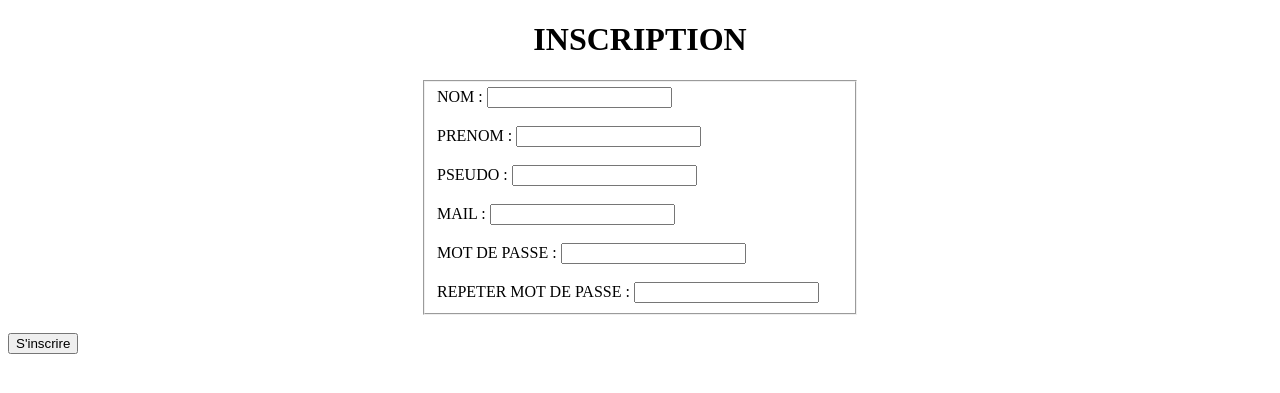
Repository: Aoua1414/JavaDeAoua
Page: http://localhost/MonServletJsp/Inscrire.jsp
These files come from the project's save history. The page is drawn as it stood at one moment and after the next save; the edit follows.
The browser window is 1280 px wide. The pictures show the whole page.
The page is served by Tomcat 9. Nobody is signed in. The application's start-up code is not run. Other server files are loaded and not shown.

Above is the page before, as saved 2022-07-25 14:59:39.

### ODC/MonServletJsp/src/main/webapp/Inscrire.jsp
<%@ page language="java" contentType="text/html; charset=UTF-8"
    pageEncoding="UTF-8"%>
<!DOCTYPE html>
<html>
<head>
<link rel="stylesheet" href="aoua.css" type="text/css">
<meta charset="UTF-8">
<title>Inscription</title>
</head>
<body>
<h1>INSCRIPTION</h1>

    <form method="post"  action = "Accueil">
    <fieldset>
     <div>
    <label for= "nom" > NOM :</label>
    <input type="text" id= "nom" name="nom"/>
    </div>
    <div>
    <br>
     <label for= "prenom" > PRENOM :</label>
    <input type="text" />
    </div>

    <div>
    <br>
     <label for= "pseudo" > PSEUDO :</label>
    <input type="text" />
    </div>

    <div>
    <br>
     <label for= "mail" > MAIL :</label>
    <input type="text" />
    </div>

    <div>
    <br>
     <label for= "pass" > MOT DE PASSE :</label>
    <input type="text" />
    </div>

    <div>
    <br>
     <label for= "repeter" > REPETER MOT DE PASSE :</label>
    <input type="text" />
    </div>
    </fieldset>
    <br>
    <div class="text-center">
    <button type="submit">S'inscrire</button>
    </div>



    </form>

<p>

</p>
</body>
</html>

### ODC/MonServletJsp/src/main/webapp/aoua.css

h1{
	color:black;
	text-align : center;
}
fieldset{
	width: 406px;
    margin: 0 auto;
}
form {
	width: 100%;



}

After the next save:
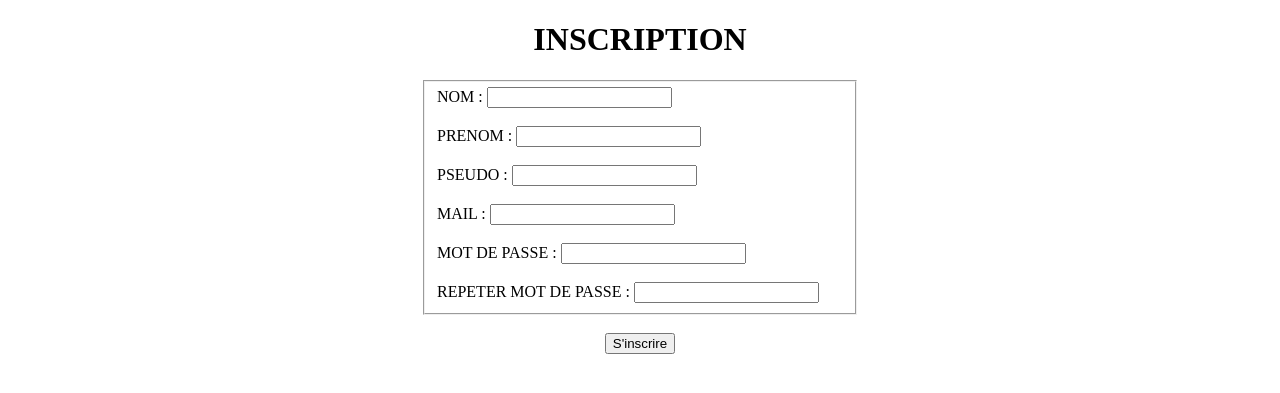
Saved 19 s later.
--- a/ODC/MonServletJsp/src/main/webapp/aoua.css
+++ b/ODC/MonServletJsp/src/main/webapp/aoua.css
@@ -13,3 +13,6 @@ form {
 
 
 }
+.text-center{
+	text-align: center;
+}
